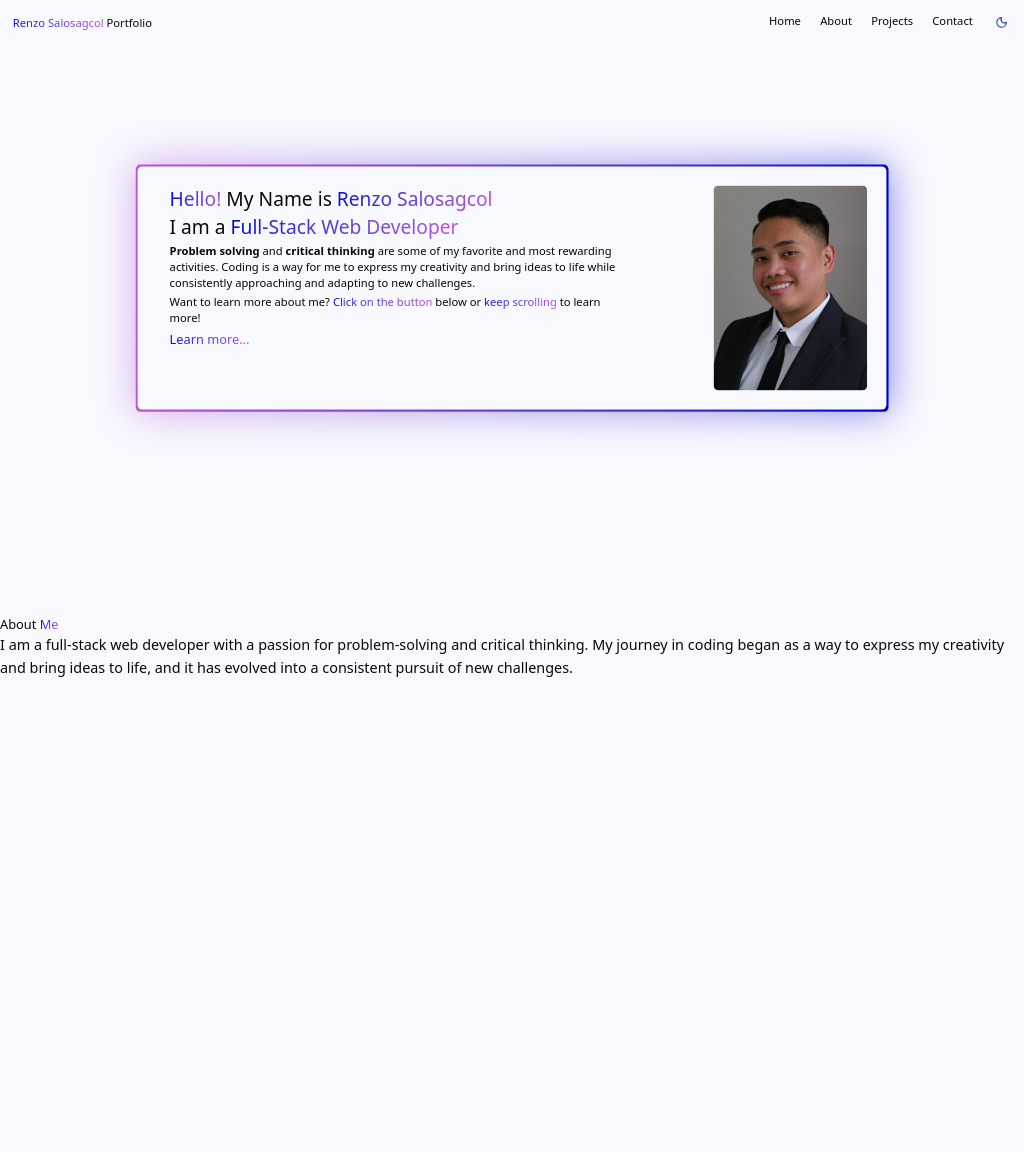
Repository: Renzo-Salosagcol/Updated_Personal_Portfolio
Page: /
The author's editor kept a copy of each file at every save. The page is drawn from the files as they stood at one save, then again after the next save.
The browser window is 1280 px wide. The pictures show the whole page, at 80% of full size.
The project was rebuilt for these pictures with package versions that can differ from the ones it lists, and the page was loaded fresh each time. Also part of the build but not shown: vite.config.js, src/pages/NotFound.jsx.

Above is the page before, as saved 2025-10-10 12:08:11.

### index.html
<!doctype html>
<html lang="en">
  <head>
    <meta charset="UTF-8" />
    <link rel="icon" type="image/svg+xml" href="/vite.svg" />
    <meta name="viewport" content="width=device-width, initial-scale=1.0" />
    <title>updated-personal-portfolio</title>
  </head>
  <body>
    <div id="root"></div>
    <script type="module" src="/src/main.jsx"></script>
  </body>
</html>

### src/index.css
@import "tailwindcss";

@theme {
  --color-background: var(--background);
  --color-foreground: var(--foreground);

  --color-primary: var(--primary);
  --color-secondary: var(--secondary);

  --animate-fade-in: fade-in 1s ease-in forwards;
}

@layer base {
  /* Light Theme */
  :root {
    --background: #f8f8ff; /* Ghost White */
    --foreground: #080808; /* Vampire Black */

    --primary: #0000cd; /* Medium Blue */
    --secondary: #ba55d3; /* Medium Orchid */
  }

  /* Dark Theme */
  .dark {
    --background: #080808; /* Vampire Black */
    --foreground: #f8f8ff; /* Ghost White */

    --primary: #ff0800; /* Candy Apple Red */
    --secondary: #fefc22; /* Laser Lemon */
  }

  html {
    @apply scroll-smooth;
  }

  body {
    @apply bg-background text-foreground transition-colors duration-300;
  }
}

@property --gradient-angle {
  syntax: "<angle>";
  initial-value: 0deg;
  inherits: false;
}

@keyframes spin {
  from {
    --gradient-angle: 0deg;
  }
  to {
    --gradient-angle: 360deg;
  }
}

@keyframes fade-in {
  0% {
    opacity: 0;
    transform: translateY(20px);
  }
  100% {
    opacity: 1;
    transform: translateY(0);
  }
}

@utility container {
  margin-inline: auto;
  padding-inline: 1rem;
}

@utility after-gradient-border {
  @apply absolute h-[101.5%] w-[100.5%] top-1/2 left-1/2 -translate-x-1/2 -translate-y-1/2 rounded-md -z-10 bg-gradient-to-l from-primary to-secondary;
  content: '';
  /* animation: 3s spin linear infinite; */
}

@utility before-gradient-border {
  @apply after-gradient-border;
  filter: blur(1.5rem);
  opacity: 0.5;
}

@utility gradient-text {
  @apply text-transparent bg-clip-text bg-gradient-to-r from-primary to-secondary transition-colors duration-300;
}

@utility gradient-button {
  @apply after:after-gradient-border after:w-[103%] before:before-gradient-border gradient-text z-0;
}

@utility gradient-button-inner {
  @apply flex h-full w-full items-center justify-center rounded-full bg-background gradient-text z-10
}

@utility gradient-border {
  @apply after:after-gradient-border before:before-gradient-border
}

@utility glassmorphism {
  @apply bg-background/30 backdrop-blur-lg
}

### src/App.jsx
import { BrowserRouter, Routes, Route } from "react-router-dom"
import { Home } from "./pages/Home"
import { NotFound } from "./pages/NotFound"

function App() {
  return (
    <BrowserRouter>
      <Routes>
        <Route path="/" element={<Home />} />
        <Route path="*" element={<NotFound />} />
      </Routes>
    </BrowserRouter>
  )
}

export default App

### src/pages/Home.jsx
import { Background } from "../components/Background"
import { Navbar } from "../components/Navbar"
import { Hero } from "../components/Hero"
import { About } from "../components/About"

export const Home = () => {
  return (
    <div id="home" className="w-full h-screen">
      {/* Background */}
      <Background />


      {/* Navbar */}
      <Navbar />

      {/* Main */}
      <Hero />
      <About />

      {/* Footer */}
    </div>
  )
}

### src/components/Background.jsx


export const Background = () => {
  return (
    <div className="fixed inset-0 overflow-hidden pointer-events-none -z-40 bg-background w-screen h-screen">
    </div>
  )
}

### src/components/Navbar.jsx
import { ThemeToggle } from './ThemeToggle'

const items = [
  { name: 'Home', href: '#home' },
  { name: 'About', href: '#about' },
  { name: 'Projects', href: '#projects' },
  { name: 'Contact', href: '#contact' },
]

export const Navbar = () => {
  return (
    <nav className="fixed top-0 left-0 w-full p-2 flex items-center justify-between glassmorphism z-40 text-sm md:text-md text-foreground">
      <a href="#home" className="p-2"><span className="gradient-text">Renzo Salosagcol</span> Portfolio</a>
      <ul className="flex gap-6 p-2">
        {items.map(item => (
          <li key={item.name}
            className="hover:gradient-text transition-all duration-300 relative">
            <a href={item.href}>{item.name}</a>
          </li>
        ))}
        <li><ThemeToggle /></li>
      </ul>
    </nav>
  )
}

### src/components/Hero.jsx
import GradientButton from "./GradientButton";

export const Hero = () => {
  return (
    <main className="relative min-h-screen flex items-center justify-center max-w-10/12 rounded-md container z-0">
      <div className="z-0 relative gradient-border opacity-0 animate-fade-in">
        <div className="w-full h-full relative container flex flex-cols md:flex-rows justify-between gap-6 rounded-md p-6 bg-background">
          <div className="container flex flex-col gap-1">
            <h1 className="text-lg md:text-xl lg:text-2xl">
              <span className="gradient-text">Hello! </span>
              My Name is
              <span className="gradient-text"> Renzo Salosagcol</span>
            </h1>
            <h1 className="text-lg md:text-xl lg:text-2xl">I am a <span className="gradient-text">Full-Stack Web Developer</span></h1>
            <h3 className="w-md md:w-lg lg:w-xl text-sm">
              <span className="font-bold">Problem solving</span> and
              <span className="font-bold"> critical thinking </span>
              are some of my favorite and most rewarding activities. Coding is a way for me to express my creativity and bring ideas to life while consistently approaching and adapting to new challenges.
            </h3>
            <h3 className="w-md md:w-lg lg:w-xl text-sm">Want to learn more about me?
              <span className="gradient-text"> Click on the button</span> below or
              <span className="gradient-text"> keep scrolling</span> to learn more!
            </h3>
            <a
              href="#about"
              className="relative"
            >
              <GradientButton content="Learn more..." />
            </a>
          </div>
          <div>
            <img
            src="../../headshot.jpeg"
            alt="Headshot Photo"
            className="rounded-md w-64 h-64 object-cover"
            />
          </div>
      </div>
      </div>
    </main>
  )
}

### src/components/About.jsx


export const About = () => {
  return (
    <section id="about" className="relative min-h-screen py-12">
      <h1 className="top-0 items-center">About <span className="gradient-text">Me</span></h1>
      <div>
        <p className="text-sm md:text-md lg:text-lg">
          I am a full-stack web developer with a passion for problem-solving and critical thinking. My journey in coding began as a way to express my creativity and bring ideas to life, and it has evolved into a consistent pursuit of new challenges.
        </p>
      </div>
    </section>
  )
}

### src/components/ThemeToggle.jsx
import { useState, useEffect } from "react"
import { Sun, Moon } from "lucide-react"

export const ThemeToggle = () => {
  const [isDark, setIsDark] = useState(false)

  useEffect(() => {
    const theme = localStorage.getItem("theme")
    if (theme) {
      setIsDark(theme === "dark")
      document.documentElement.classList.toggle("dark", theme === "dark")
    }
  }, [])

  const toggleTheme = () => {
    setIsDark(!isDark)
    document.documentElement.classList.toggle("dark", !isDark)
    localStorage.setItem("theme", !isDark ? "dark" : "light")
  }

  return (
    <button
      onClick={toggleTheme}
      className="max-sm:hidden p-1 z-50 rounded-full transition-color duration-300 focus:outline-hidden hover:cursor-pointer"
    >
      {isDark ? (
        <Sun className="h-4 w-4 text-yellow-300" />
      ) : (
        <Moon className="h-4 w-4 text-blue-900" />
      )}
    </button>

  )
}

### src/components/GradientButton.jsx
import React from "react";
import { props } from "react";

function GradientButton(props) {
  return (
    <button className="gradient-button">
        {props.content}
    </button>
  )
}

export default GradientButton;

Loaded but not shown: src/main.jsx (common file)

After the next save:
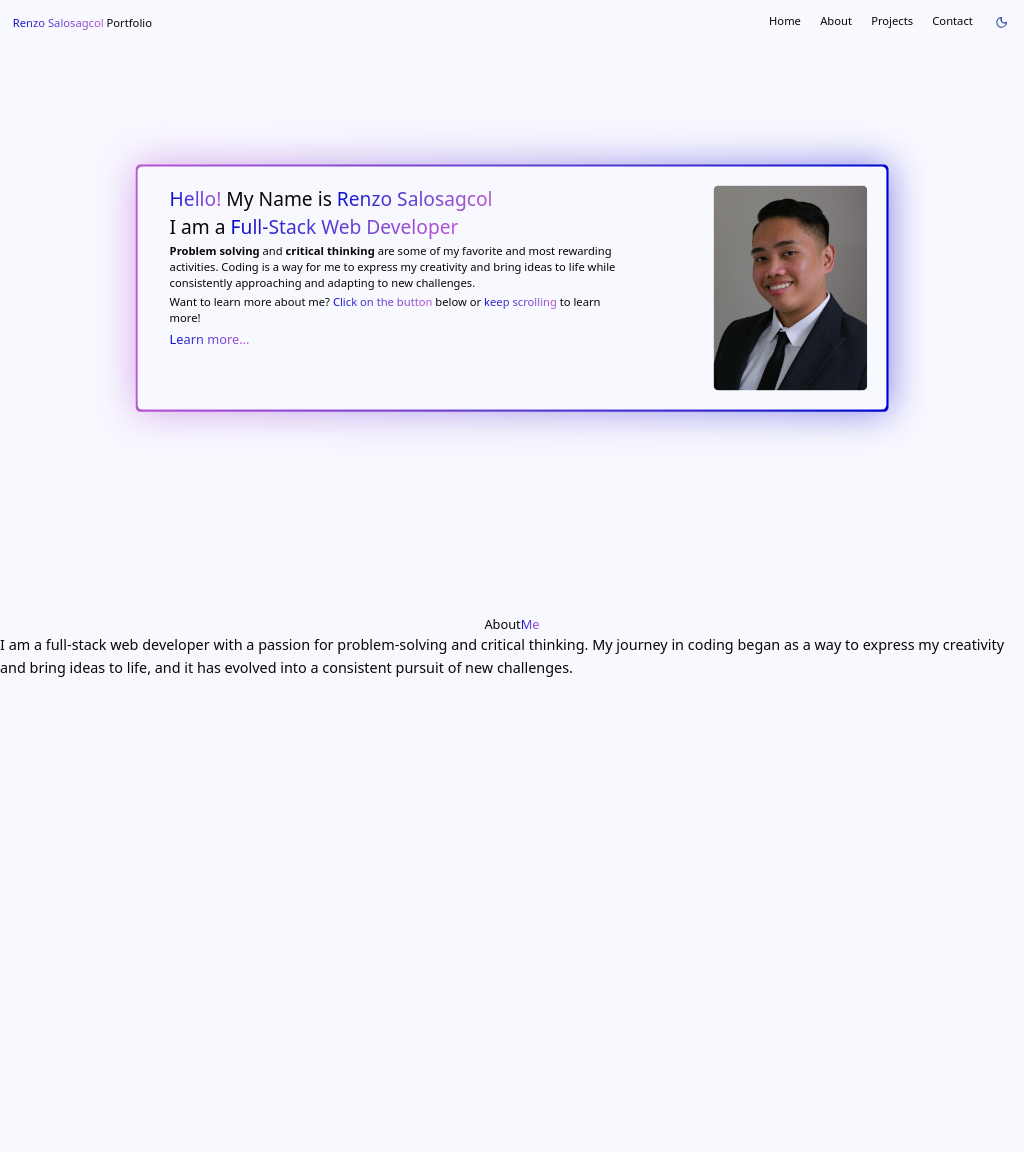
Saved 9 s later.
--- a/src/components/About.jsx
+++ b/src/components/About.jsx
@@ -3,7 +3,7 @@
 export const About = () => {
   return (
     <section id="about" className="relative min-h-screen py-12">
-      <h1 className="top-0 items-center">About <span className="gradient-text">Me</span></h1>
+      <h1 className="top-0 flex items-center justify-center">About <span className="gradient-text">Me</span></h1>
       <div>
         <p className="text-sm md:text-md lg:text-lg">
           I am a full-stack web developer with a passion for problem-solving and critical thinking. My journey in coding began as a way to express my creativity and bring ideas to life, and it has evolved into a consistent pursuit of new challenges.
